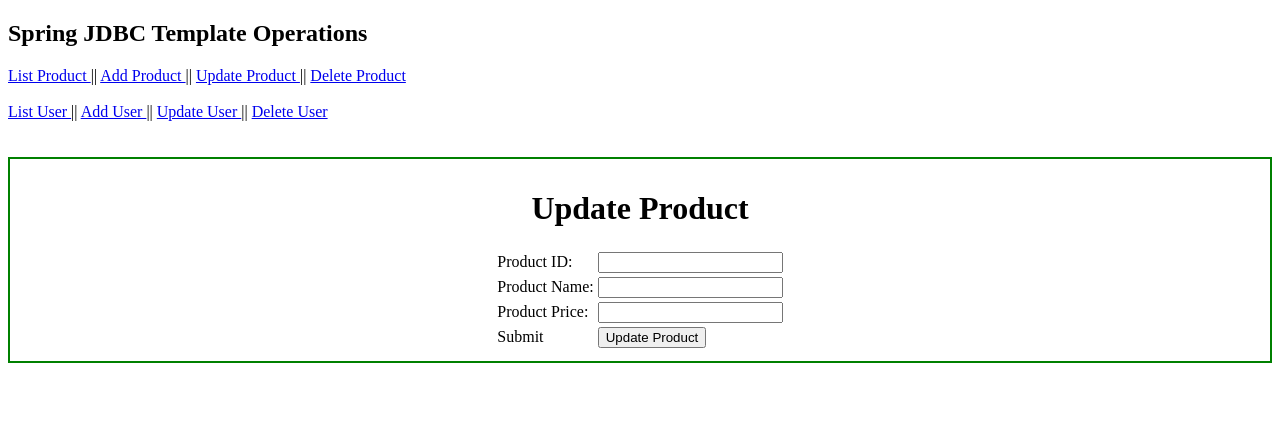
Repository: AnushkaSharma9/Make-an-E-commerce-Website-For-SportyShoes-sportyshoes
Page: http://localhost/phase3-Project-SportyShoes-Webappplication/WEB-INF/view/update-user.jsp
These files come from the project's save history. The page is drawn as it stood at one moment and after the next save; the edit follows.
The browser window is 1280 px wide. The pictures show the whole page.
The page is served by Tomcat 9. Nobody is signed in. The template is opened directly, without the code that normally fills it, so the values that code supplies are empty.

Above is the page before, as saved 2021-10-25 10:41:08.

After the next save:
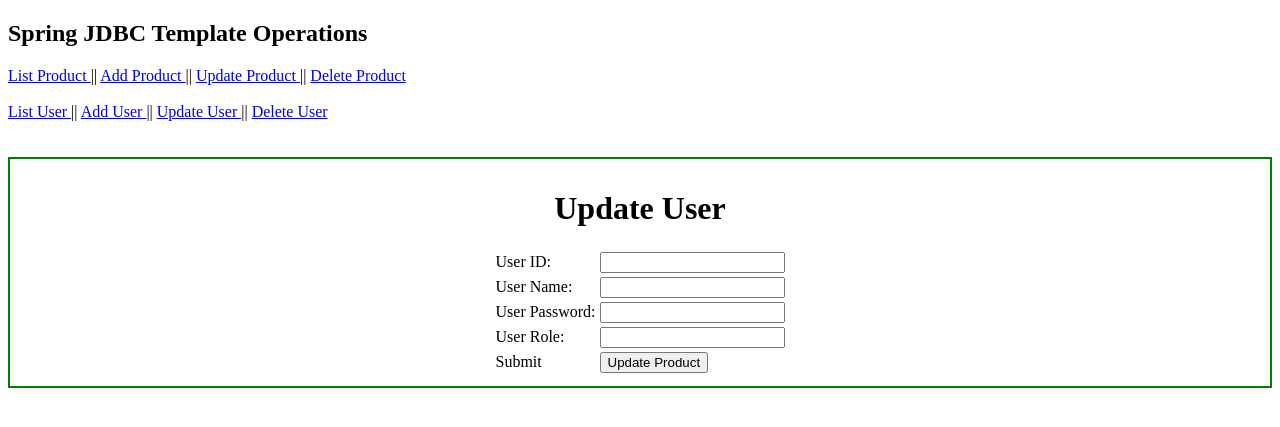
Saved 89 s later.
--- a/phase3-Project-SportyShoes-Webappplication/src/main/webapp/WEB-INF/view/update-user.jsp
+++ b/phase3-Project-SportyShoes-Webappplication/src/main/webapp/WEB-INF/view/update-user.jsp
@@ -14,21 +14,26 @@
 	<jsp:include page="index.jsp"></jsp:include>
 
 	<div align="center" style="border: 2px solid green;padding :10px;" >
-		<h1>Update Product</h1>
-		<form:form action="update-product" method="post" modelAttribute="eProduct" >
+		<h1>Update User</h1>
+		<form:form action="update-user" method="post" modelAttribute="eUser" >
 			<table border="0">
 			    <tr>
-					<td>Product ID:</td>
+					<td>User ID:</td>
 					<td><form:input path="id" /></td>
 				</tr>
 
 				<tr>
-					<td>Product Name:</td>
+					<td>User Name:</td>
 					<td><form:input path="name" /></td>
 				</tr>
 
 				<tr>
-					<td>Product Price:</td>
+					<td>User Password:</td>
+					<td><form:input path="price" /></td>
+				</tr>
+
+                 <tr>
+					<td>User Role:</td>
 					<td><form:input path="price" /></td>
 				</tr>
 
